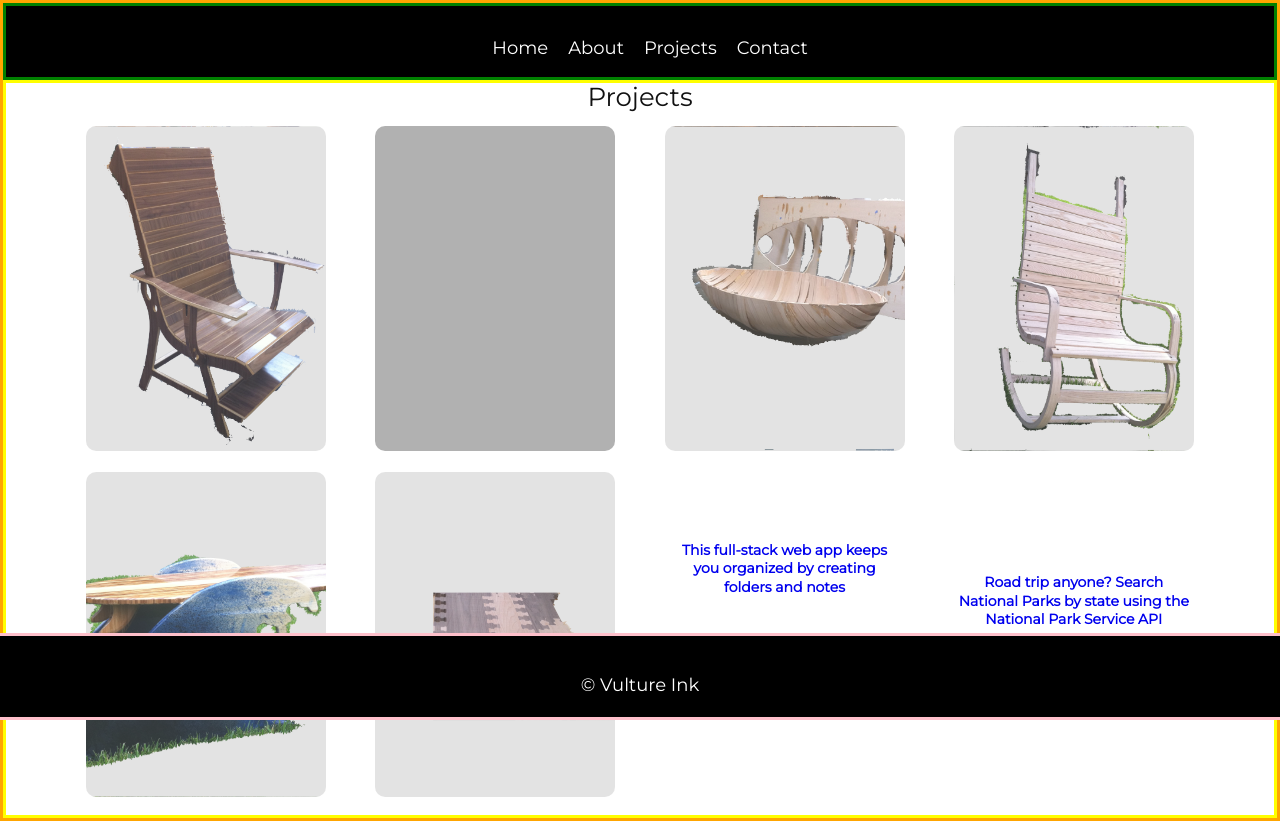
Repository: kaitlynMidori/anon_ink
Page: pages/Projects.html
The author's editor kept a copy of each file at every save. The page is drawn from the files as they stood at one save, then again after the next save.
The browser window is 1280 px wide. The pictures show the whole page.
Pictures or frames that could not be fetched are drawn as grey boxes. Some web libraries are served in a nearby version.

Above is the page before, as saved 2021-09-07 12:22:29.

After the next save:
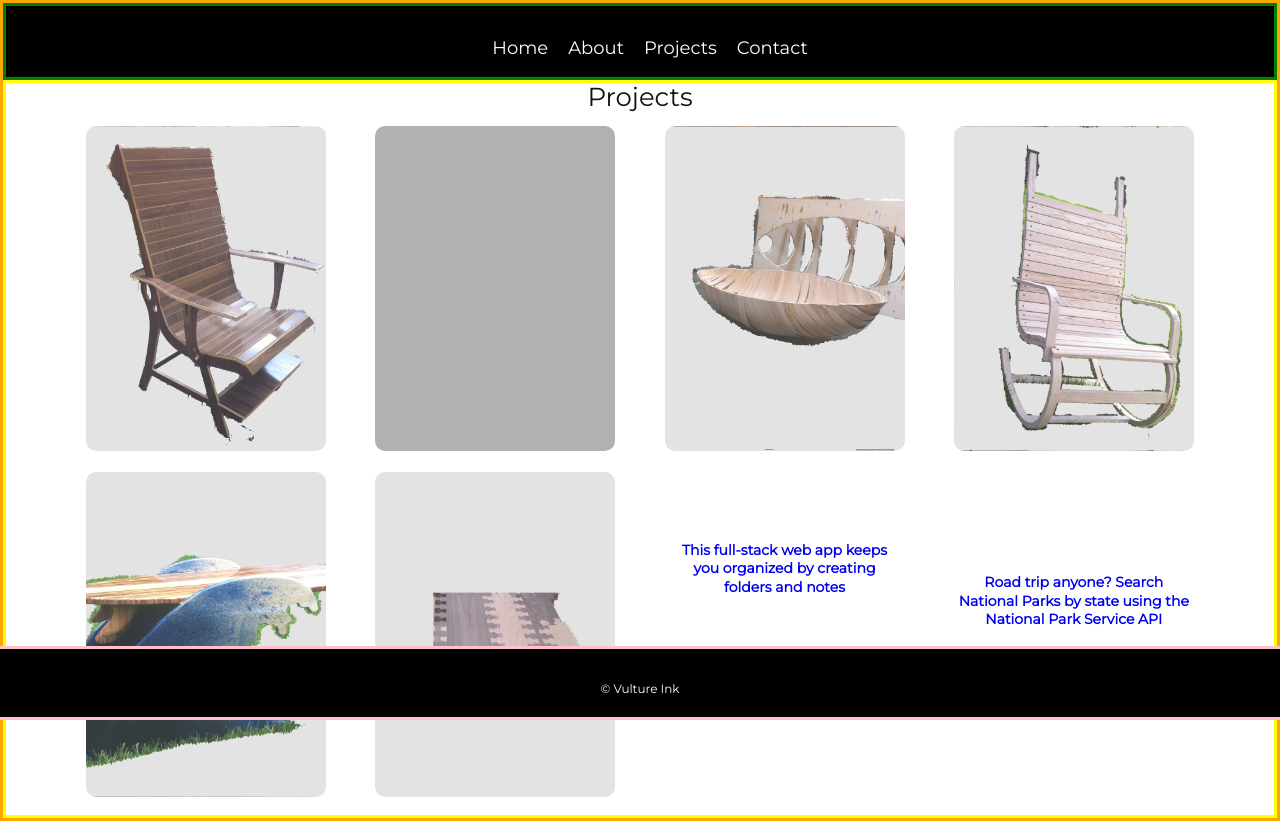
Saved 25 s later.
--- a/style.css
+++ b/style.css
@@ -101,7 +101,7 @@ body {
   /* a:active{color:  rgb(143, 156, 33);} */
 
   footer p {
-    font-size: 18px;
+    font-size: 12px;
     color: white;
     text-align: center;
     padding: 20px;
